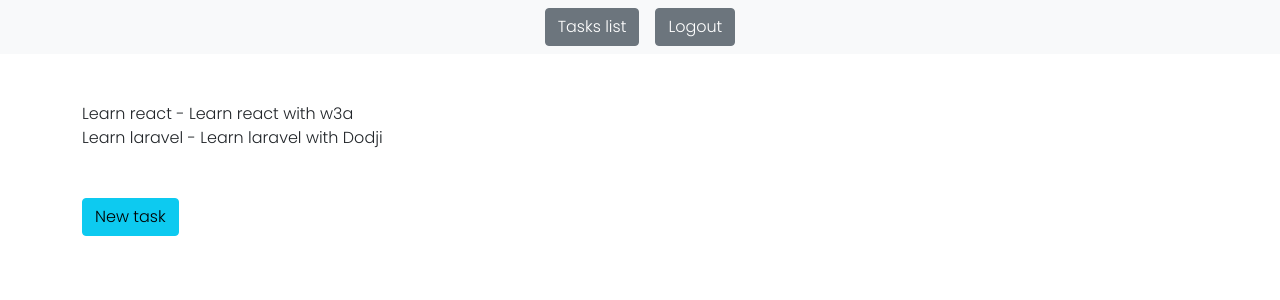
Repository: FS-23/react-task-manager
Page: /tasks/list
An editor plug-in stored every save of this project. The page is shown before and after the next save, followed by the edit.
The browser window is 1280 px wide. The pictures show the whole page.
The page's requests for data from a server got no answer. The project was rebuilt for these pictures with package versions that can differ from the ones it lists, and the page was loaded fresh each time. No one was signed in, and anything a server would have sent is missing. Also part of the build but not shown: src/components/Login.js, src/components/AddTask.js, src/components/TaskDetail.js.

Above is the page before, as saved 2022-05-13 15:07:18.

After the next save:
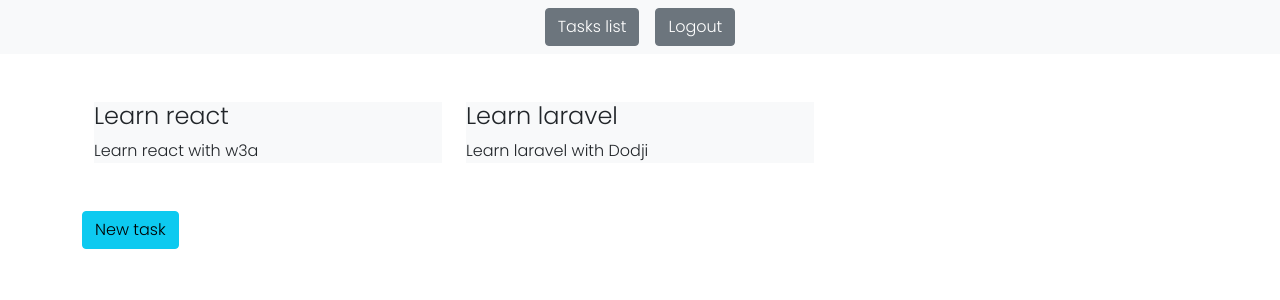
Saved 2 min 42 s later.
--- a/src/components/TaskList.js
+++ b/src/components/TaskList.js
@@ -37,13 +37,19 @@ function TaskList(){
     })
     return (
         <div>
-            {
-                tasks.map( (task , index) => (
-                    <div key={index}>
-                        {task.title} - {task.description}
-                    </div>
-                ))
-            }
+            <div className='row m-0'>
+                    {
+                        tasks.map( (task , index) => (
+                            <div key={index} className="col-12 col-sm-2 col-lg-3 col-xl-4">
+                                <div className='bg-light'>
+                                    <h4>{task.title}</h4>
+                                    <div>{task.description}</div>
+                                </div>
+                            </div>
+                        ))
+                    }
+            </div>
+
 
 
             <div className='mt-5'>
